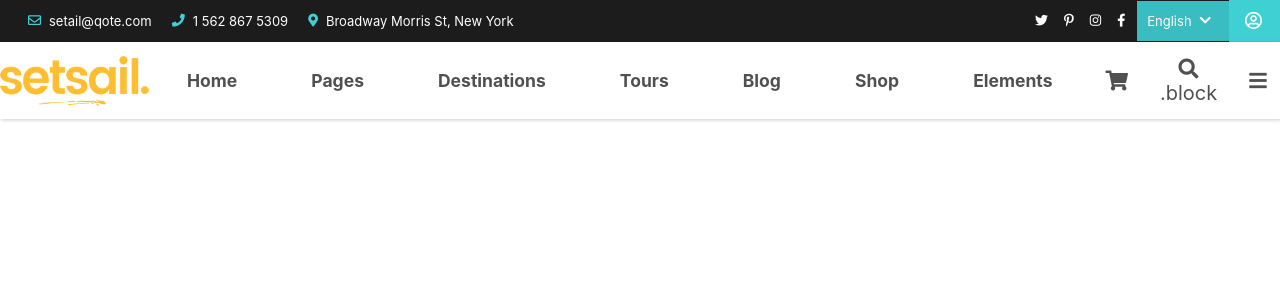
Repository: Hunga9k50doker/Setail
Page: /
The author's editor kept a copy of each file at every save. The page is drawn from the files as they stood at one save, then again after a run of saves.
The browser window is 1280 px wide. The pictures show the whole page.
The project was rebuilt for these pictures with package versions that can differ from the ones it lists, and the page was loaded fresh each time.

Above is the page before, as saved 2021-10-21 12:20:53.

After the next 7 saves:
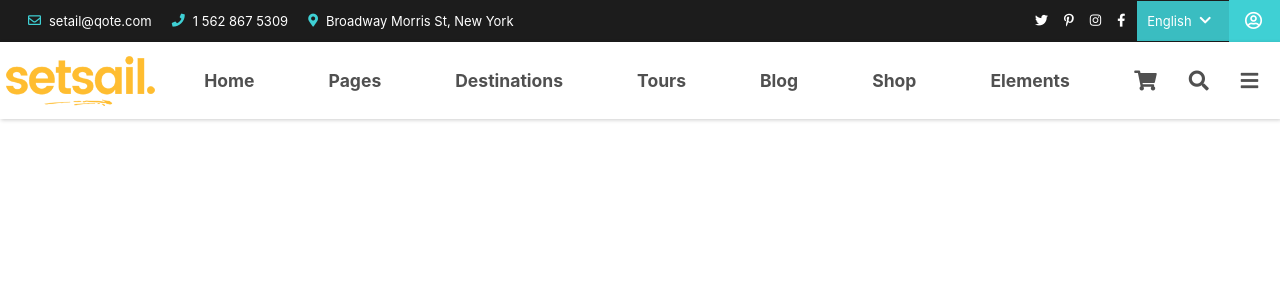
The 7 saves are shown as one change because 1 did not build or start and some came seconds apart.
The last was saved 31 s later.
--- a/src/components/Navigation/Nav.js
+++ b/src/components/Navigation/Nav.js
@@ -189,7 +189,9 @@ const Nav = () => {
         </li>
         <li className="nav__innerRight-item nav__innerRight-item-search">
           <i className="fas fa-search"></i>
-          .block
+          <div className="search-modal">
+
+            </div>
         </li>
         <li className="nav__innerRight-item nav__innerRight-item-category">
           <i className="fas fa-bars"></i>
